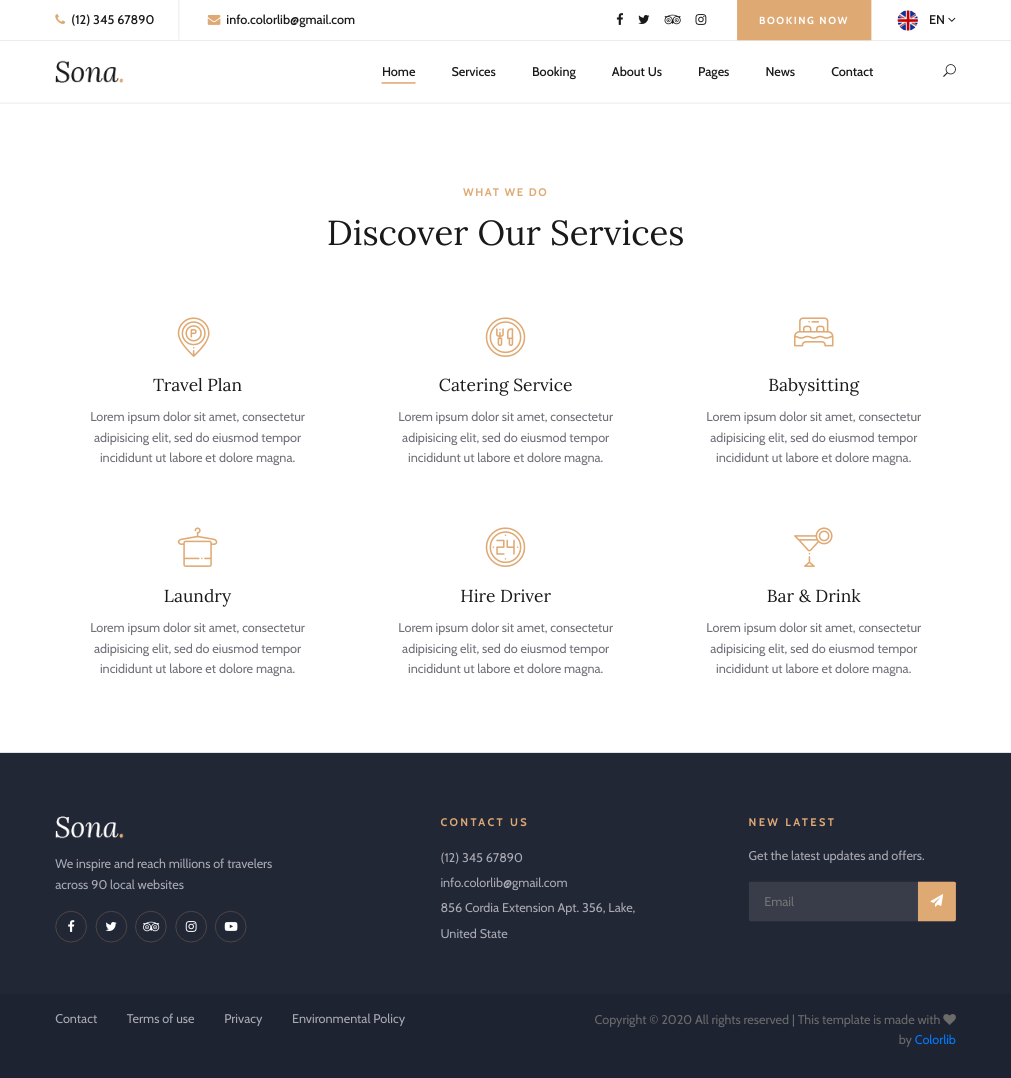
Repository: KeriBoss/Booking_Spa
Page: booking.html
These files come from the project's save history. The page is drawn as it stood at one moment and after the next save; the edit follows.
The browser window is 1280 px wide. The pictures show the whole page, at 79% of full size.

Above is the page before, as saved 2023-05-19 15:33:31.

After the next save:
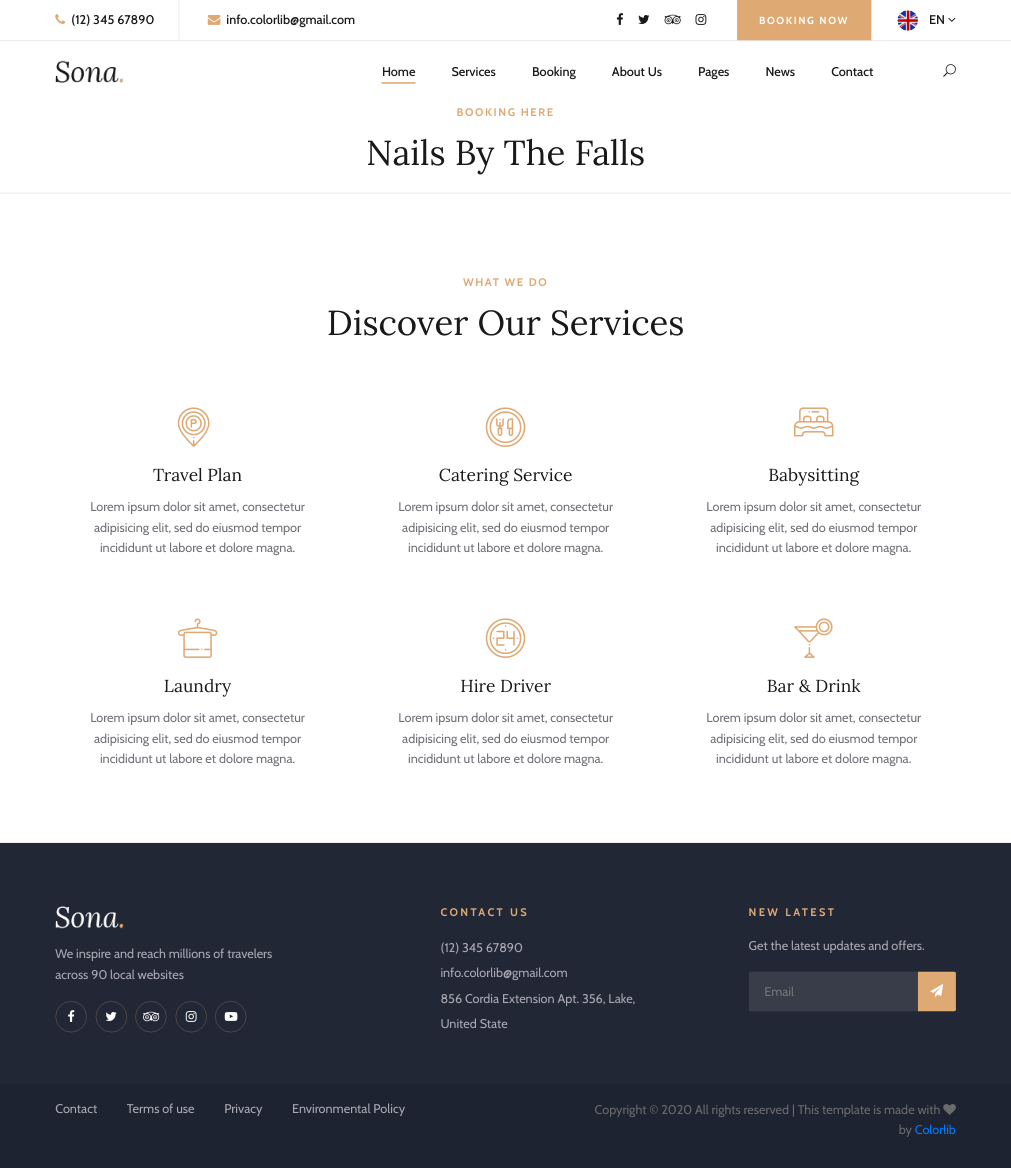
Saved 8 min 45 s later.
--- a/booking.html
+++ b/booking.html
@@ -168,7 +168,16 @@
 
     <!-- Booking start-->
     <section class="booking-nail">
-
+        <div class="container">
+            <div class="row">
+                <div class="col-lg-12">
+                    <div class="section-title">
+                        <span>Booking here</span>
+                        <h2>Nails By The Falls</h2>
+                    </div>
+                </div>
+            </div>
+        </div>
     </section>
     <!-- Booking end-->
 
